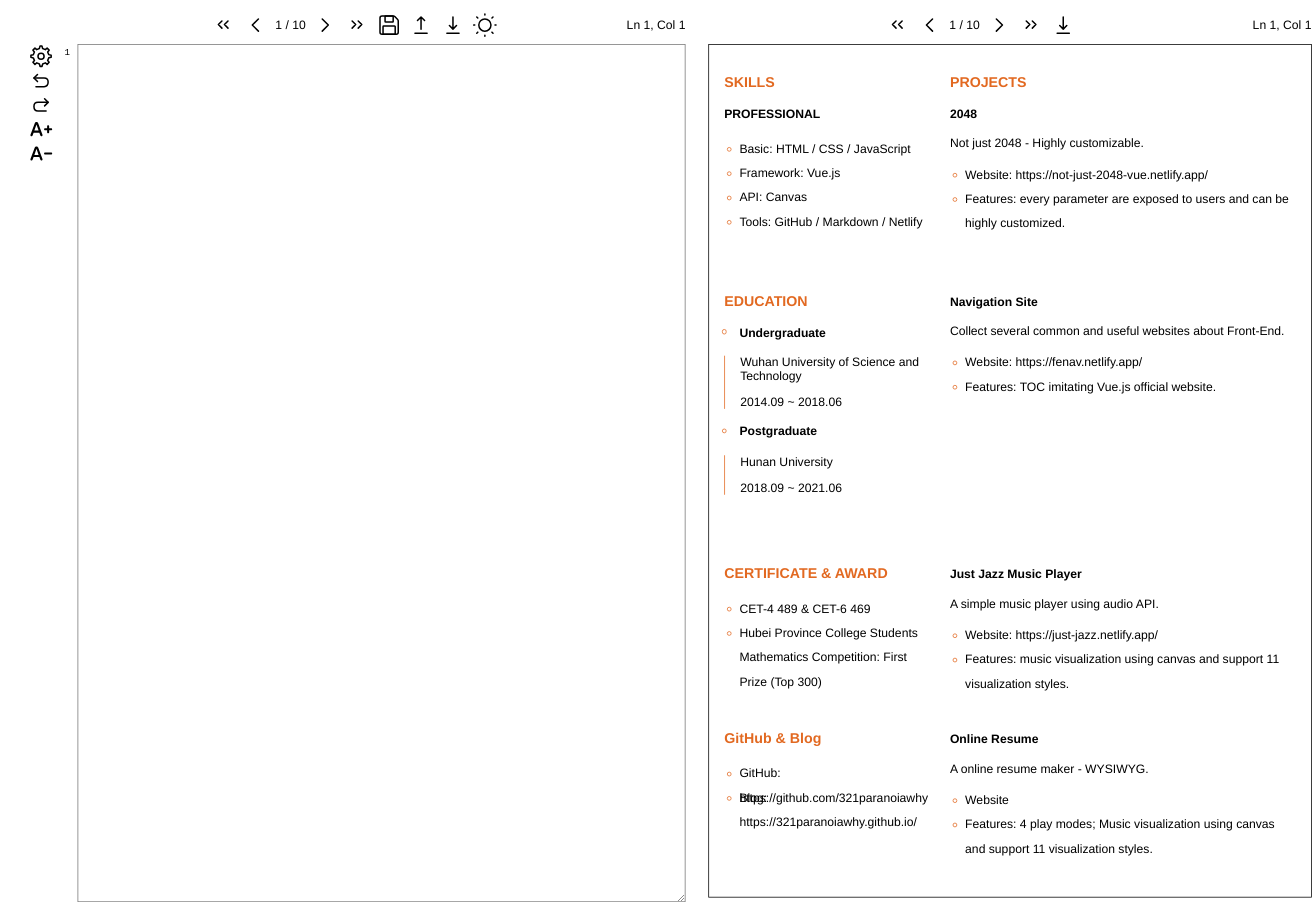
Repository: 321paranoiawhy/online-resume
Page: /
These files come from the project's save history. The page is drawn as it stood at one moment and after the next save; the edit follows.
The browser window is 1280 px wide. The page is 1726 px wide, so the pictures cover 1726 px, including what lies to the right of the window. The pictures show the whole page, at 76% of full size.
The project was rebuilt for these pictures with package versions that can differ from the ones it lists, and the page was loaded fresh each time. Also part of the build but not shown: vue.config.js, src/components/Header.vue, src/components/Introduction.vue, src/components/Footer.vue.

Above is the page before, as saved 2022-06-08 17:16:17.

After the next save:
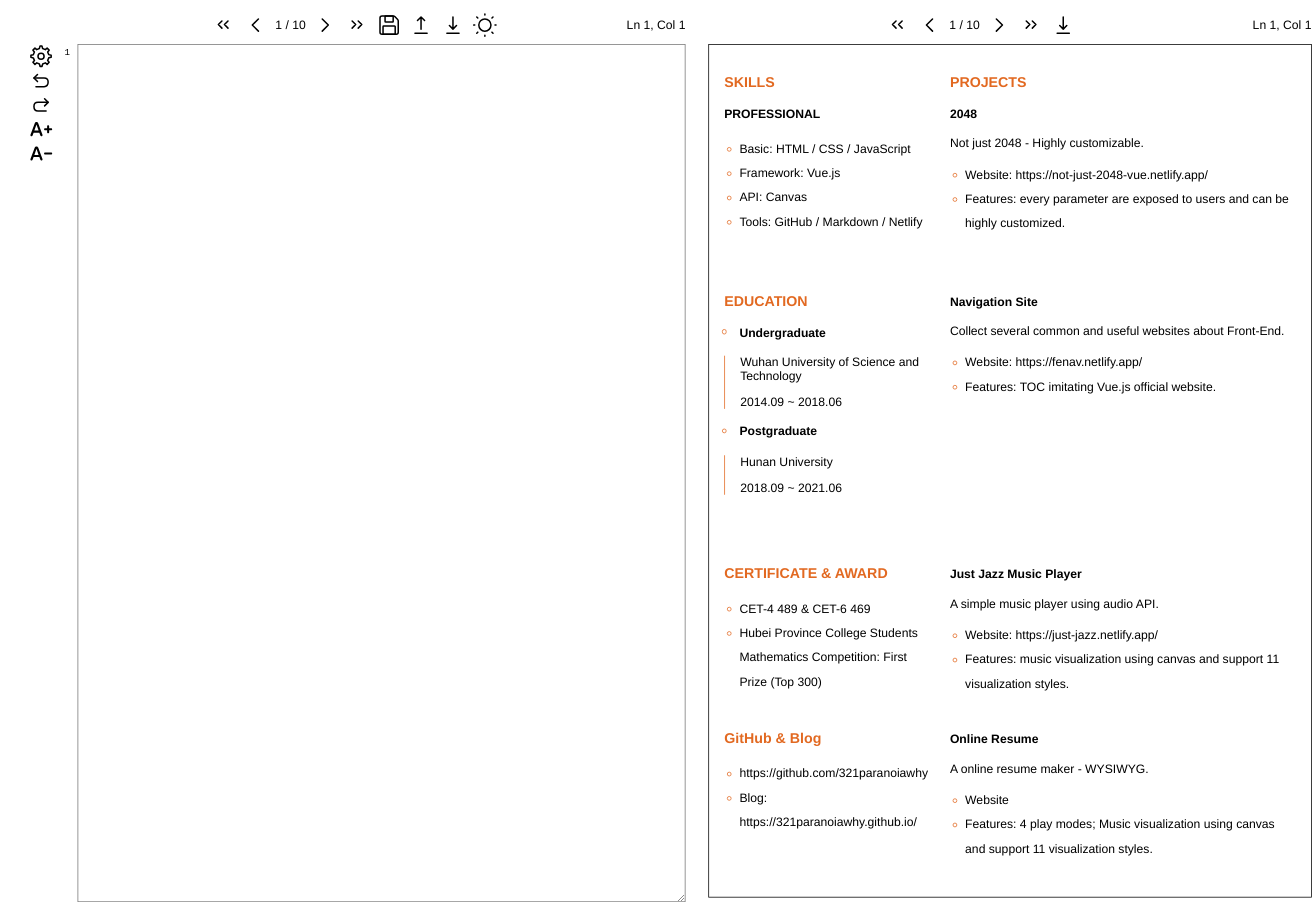
Saved 5 min 47 s later.
--- a/src/components/testTemplate.vue
+++ b/src/components/testTemplate.vue
@@ -89,7 +89,6 @@
             <h3>GitHub & Blog</h3>
             <ul>
                 <li>
-                    GitHub:
                     <a href="https://github.com/321paranoiawhy"
                         >https://github.com/321paranoiawhy</a
                     >
